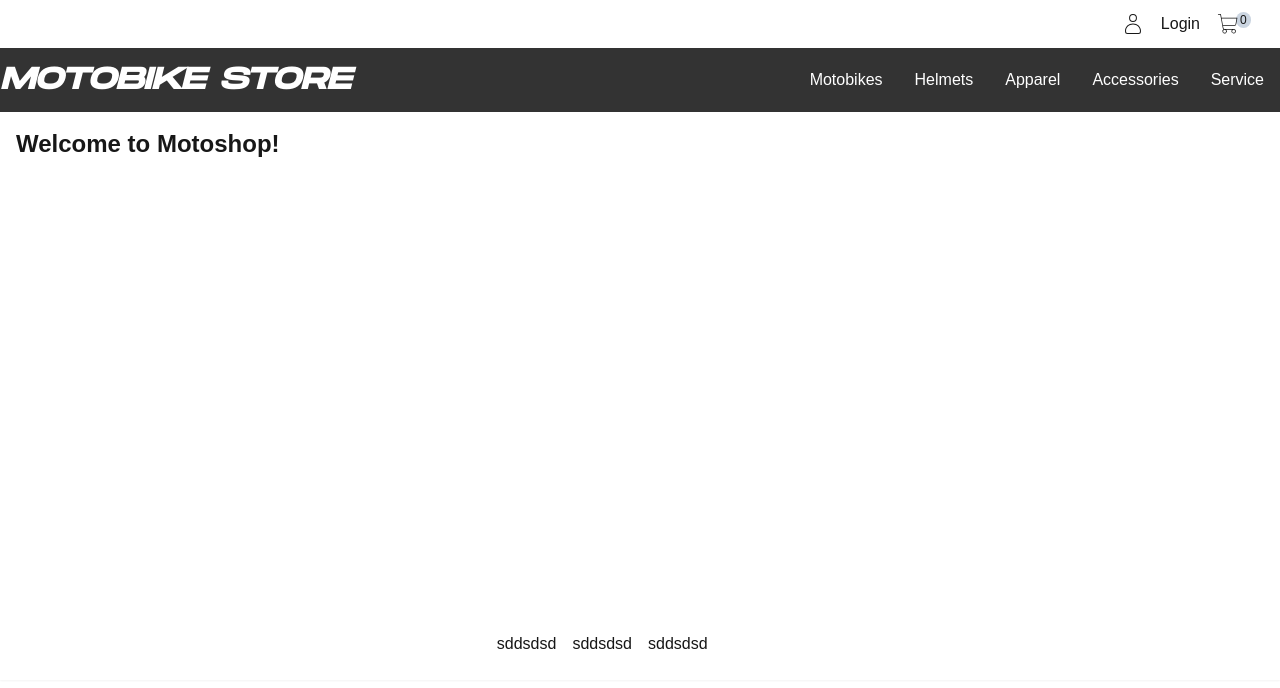
Repository: Than-sothearak/next-motoshop
Page: /
An editor plug-in stored every save of this project. The page is shown before and after the next save, followed by the edit.
The browser window is 1280 px wide. The pictures show the whole page.
The project was rebuilt for these pictures with package versions that can differ from the ones it lists, and the page was loaded fresh each time. The framework's server and built-in components were replaced by stand-ins that run in the browser. Also part of the build but not shown: next.config.mjs.

Above is the page before, as saved 2024-10-10 21:34:34.

After the next save:
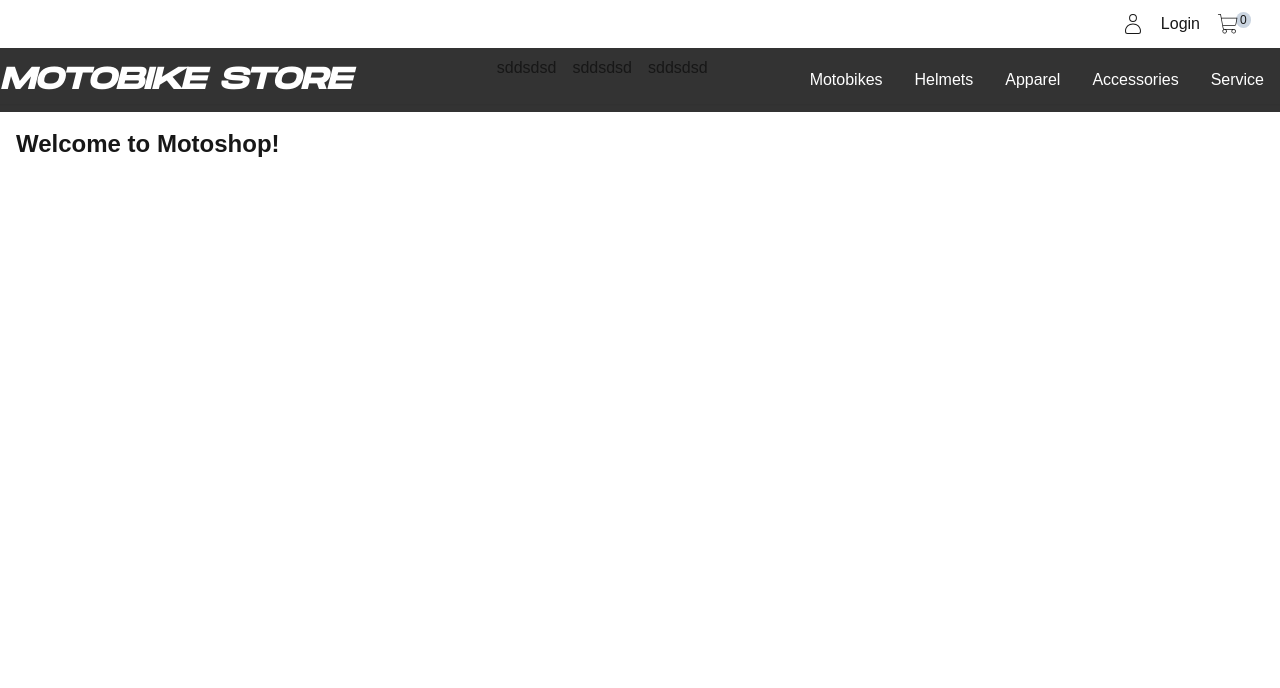
Saved 4 s later.
--- a/app/components/Navbar.js
+++ b/app/components/Navbar.js
@@ -58,7 +58,7 @@ export default function Navbar() {
         </div>
       </nav>
 
-      <div className="container mx-auto shadow-sm p-4 h-16 justify-center flex absolute z-20 bottom-10">
+      <div className="container mx-auto shadow-sm p-4 h-16 justify-center flex absolute z-20 top-10">
         <div>
           <ul className="grid grid-cols-4 gap-4">
             <a>sddsdsd</a>
